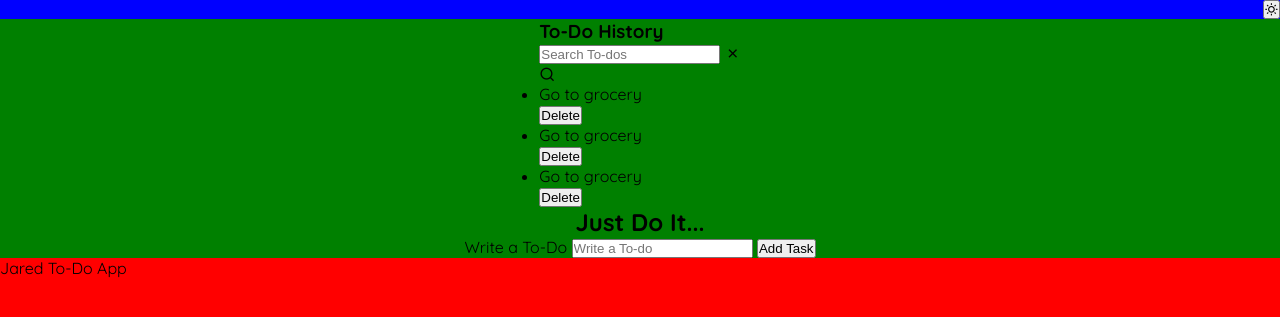
Repository: EguJaredoBoyd/Jared-ToDo-App
Page: main.html
An editor plug-in stored every save of this project. The page is shown before and after the next save, followed by the edit.
The browser window is 1280 px wide. The pictures show the whole page.
Some web libraries are served in a nearby version.

Above is the page before, as saved 2025-12-22 01:09:53.

### main.html
<!DOCTYPE html>
<html lang="en">
  <head>
    <meta charset="UTF-8" />
    <meta name="viewport" content="width=device-width, initial-scale=1.0" />
    <title>Document</title>
    <link
      href="https://cdn.jsdelivr.net/npm/remixicon@4.7.0/fonts/remixicon.css"
      rel="stylesheet"
    />
    <link rel="preconnect" href="https://fonts.googleapis.com" />
    <link rel="preconnect" href="https://fonts.gstatic.com" crossorigin />
    <link
      href="https://fonts.googleapis.com/css2?family=Quicksand:wght@300..700&display=swap"
      rel="stylesheet"
    />
    <link rel="stylesheet" href="./css/main.css" />
    <script src="./js/to-do.js" defer></script>
  </head>

  <body>
    <div class="body__todo-wrapper">
      <header>
        <button><i class="ri-sun-line"></i></button>
      </header>
      <main>
        <section>
          <div>
            <h3>To-Do History</h3>
          </div>
          <div>
            <div>
              <input type="text" placeholder="Search To-dos " />
              <i class="ri-close-line"></i>
            </div>
            <i class="ri-search-line"></i>
          </div>
          <div>
            <ul>
              <div>
                <li>Go to grocery</li>
                <button>Delete</button>
              </div>
              <div>
                <li>Go to grocery</li>
                <button>Delete</button>
              </div>
              <div>
                <li>Go to grocery</li>
                <button>Delete</button>
              </div>
            </ul>
          </div>
        </section>
        <section>
          <div>
            <h2>Just Do It...</h2>
          </div>
        </section>
        <section>
          <div class="To-Do">
            <label for="to-do">Write a To-Do</label>
            <input type="text" id="to-do" placeholder="Write a To-do" />
            <button id="add-task">Add Task</button>

            <ol id="task-show"></ol>
          </div>
        </section>
      </main>
      <footer>
        <div>Jared To-Do App</div>
      </footer>
    </div>
  </body>
</html>

### css/main.css
*,
*::before,
*::after {
  box-sizing: border-box;
  margin: 0;
  padding: 0;
}

:root {
  /* My project colours to use */
  --primary-color: #21295c;
  --secondary-color: #ffffff;

  /* My font size to use */
  --font-base: 16px;

  /* My spaces to use */
}

html {
  font-size: var(--font-base);
}

body {
  font-family: "Quicksand", sans-serif;
  background-color: red;
  max-width: 100vw;
  max-height: 100vh;
}

.body__todo-wrapper header {
  display: flex;
  justify-content: end;
  align-items: center;
  background-color: blue;
}

main {
  display: flex;
  flex-direction: column;
  justify-content: center;
  align-items: center;
  background-color: green;
}

### js/to-do.js
//Initiate DOM for adding task, deleting task and showing task
let toDoInput = document.querySelector("#to-do");
let addTask = document.getElementById("add-task");
let showTask = document.querySelector("#task-show");
let deleteTask = document.querySelector(".delete-task");

//Store my to-dos (if there is any) inside a variable
let storedToDoArray = JSON.parse(localStorage.getItem("addTaskToArray"));

//Initialize a stored or an empty To-Do array
let toDoArray = storedToDoArray || [];

//Loop through the stored array (check) to get the values persist
if (storedToDoArray) {
  for (let i = 0; i < storedToDoArray.length; i++) {
    showTask.innerHTML += `<li>${storedToDoArray[i]}</li> <button class="delete-task">Delete Task</button>`;
  }
} else {
  toDoArray = [];
}

//Function to input values and loop through them
function logArray() {
  let newTask = toDoInput.value.trim();
  //Statement to check if the input is empty
  if (newTask === "") {
    alert("Your Input is Empty");
    return;
  }
  //Statement to check if there is a duplicate input
  let taskExist = toDoArray.some((element) => {
    return element === toDoInput.value;
  });
  if (taskExist) {
    alert("This task already exists!");
    return;
  }
  //Pushing or adding new values to the array!
  toDoArray.push(toDoInput.value);
  //Save to local storage
  localStorage.setItem("addTaskToArray", JSON.stringify(toDoArray));

  //Clear the previous value and allow a dynamic rebuild
  showTask.innerHTML = "";

  for (let i = 0; i < toDoArray.length; i++) {
    showTask.innerHTML += `<li>${toDoArray[i]}</li> <button class="delete-task">Delete Task</button>`;
  }
}

//Function to delete an input task
function deleteTaskArray() {
  showTask.addEventListener("click", (e) => {
    if (e.target.classList.contains("delete-task")) {
      let taskText = e.target.previousElementSibling.textContent;
      toDoArray = toDoArray.filter((element) => {
        return element !== taskText;
      });
      console.log(toDoArray);
      localStorage.setItem("addTaskToArray", JSON.stringify(toDoArray));
      //Clear the previous value and allow a dynamic rebuild
      showTask.innerHTML = "";

      for (let i = 0; i < toDoArray.length; i++) {
        showTask.innerHTML += `<li>${toDoArray[i]}</li> <button class="delete-task">Delete Task</button>`;
      }
    }
  });
}

//Add A Task
function buttonAdd() {
  addTask.addEventListener("click", () => {
    logArray();
  });
}
buttonAdd();
deleteTaskArray();

After the next save:
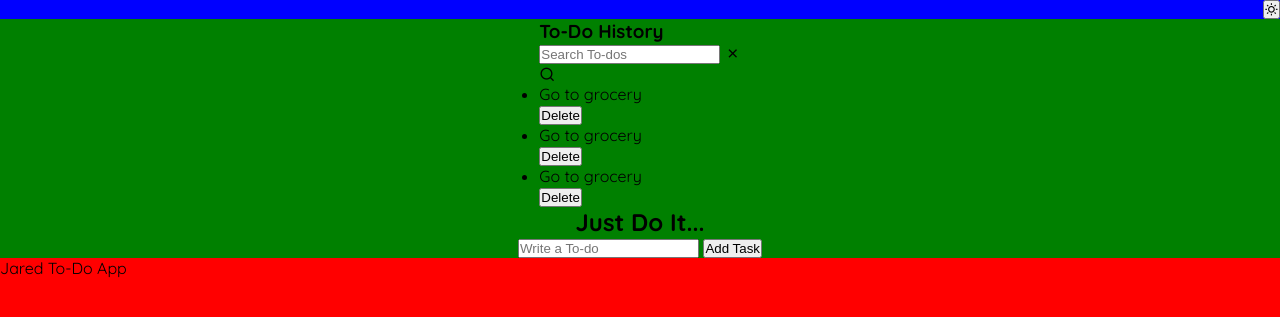
Saved 14 s later.
--- a/main.html
+++ b/main.html
@@ -59,7 +59,6 @@
         </section>
         <section>
           <div class="To-Do">
-            <label for="to-do">Write a To-Do</label>
             <input type="text" id="to-do" placeholder="Write a To-do" />
             <button id="add-task">Add Task</button>
 
